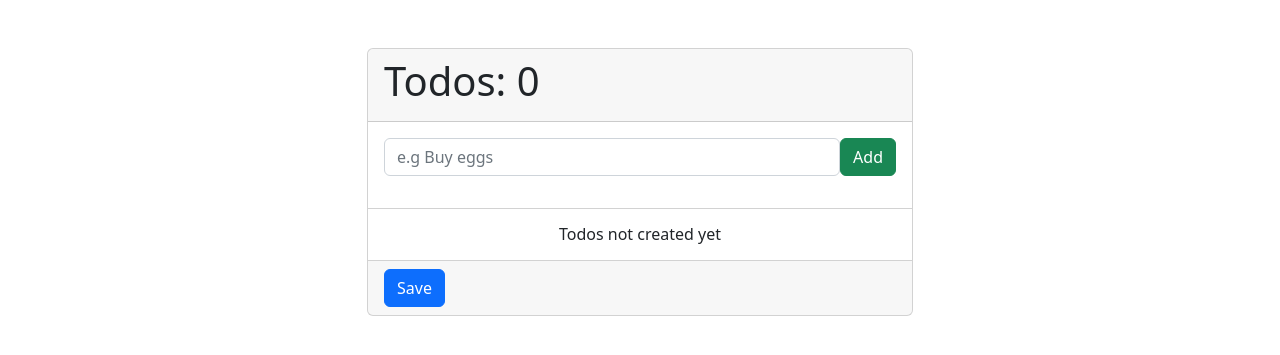
Repository: saidabbasun/TODO-react-redux
Page: /
These files come from the project's save history. The page is drawn as it stood at one moment and after a run of saves; the edit follows.
The browser window is 1280 px wide. The pictures show the whole page.
The project was rebuilt for these pictures with package versions that can differ from the ones it lists, and the page was loaded fresh each time. Also part of the build but not shown: src/components/todos-itam.jsx.

Above is the page before, as saved 2022-05-18 15:56:54.

After the next 4 saves:
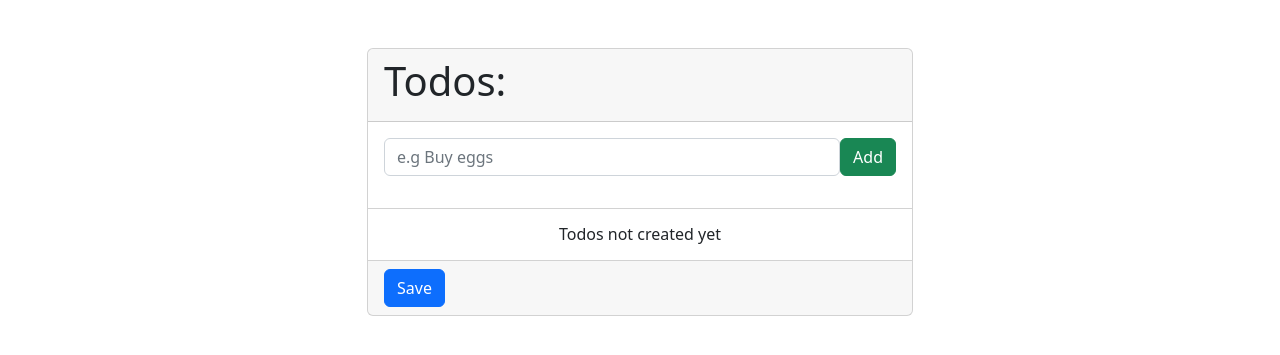
The 4 saves are shown as one change because they came seconds apart.
The last was saved 2 min 46 s later.
--- a/src/components/todos-header.jsx
+++ b/src/components/todos-header.jsx
@@ -1,8 +1,8 @@
 import React from 'react';
-const TodosHeader=()=>{
+const TodosHeader=({length})=>{
     return(
         <div className="card-header">
-        <h1>Todos: 0</h1>
+        <h1>Todos: {length}</h1>
         </div>
     );
 }
